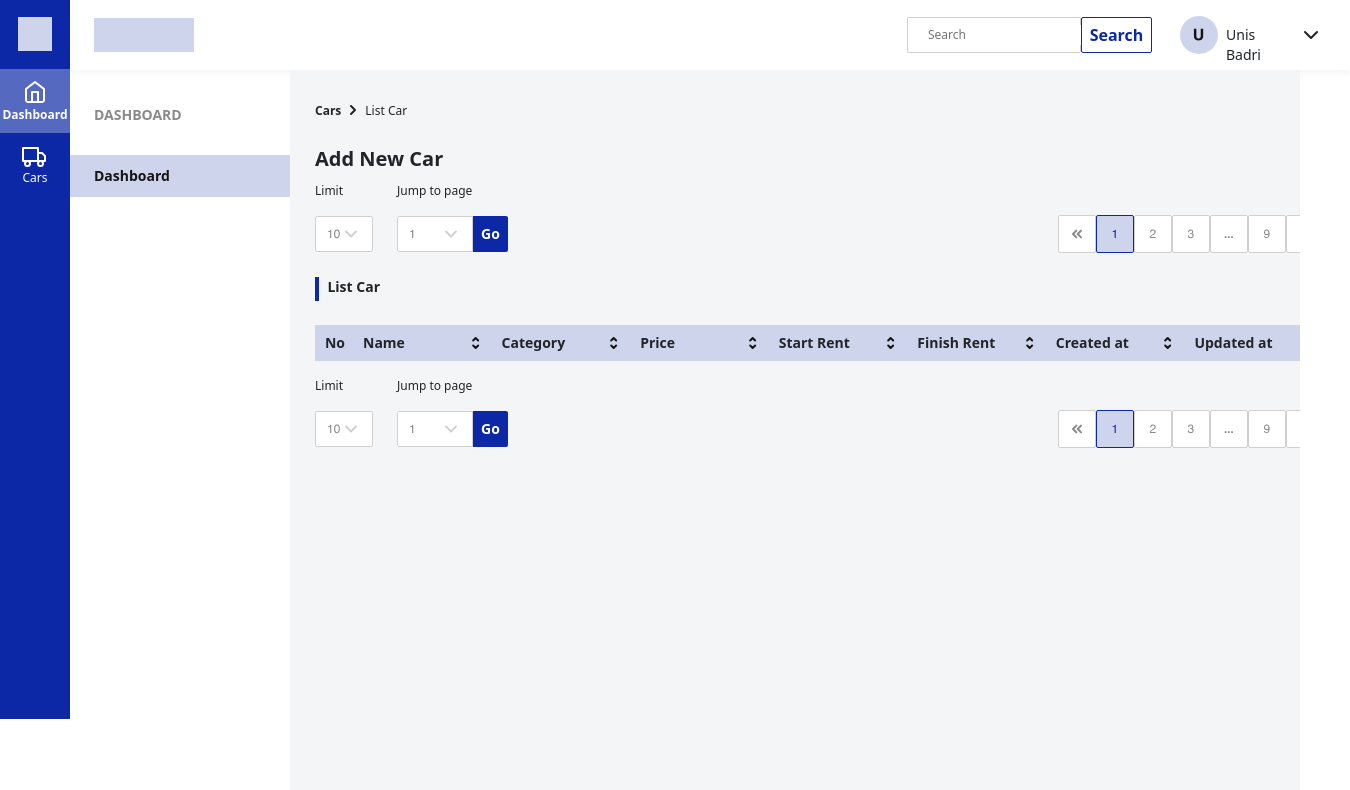
Repository: farrelmuhammad/challenge-7-binar
Page: /carlist/add
These files come from the project's save history. The page is drawn as it stood at one moment and after the next save; the edit follows.
The browser window is 1280 px wide. The page is 1350 px wide, so the pictures cover 1350 px, including what lies to the right of the window. The pictures show the whole page.
The project was rebuilt for these pictures with package versions that can differ from the ones it lists, and the page was loaded fresh each time. Also part of the build but not shown: src/component/navbar.js, src/component/header.js, src/component/footer.js, src/App.js, src/component/admin/Dashboard/index.jsx, src/pages/admin/Dashboard.js, src/component/admin/Cars/index.jsx, src/pages/admin/CarsList.js and 2 more.

Above is the page before, as saved 2022-05-27 21:00:16.

### src/index.css
body {
  font-family: Helvetica Neue, Helvetica, Arial, sans-serif;
  font-style: normal;
  font-weight: normal;
  font-size: 14px;
  line-height: 20px;
  margin: 0;
  padding: 0;
}

h1,
h2,
h3,
h4,
h5 {
  line-height: 150%;
}

.header{
  background-color: #F1F3FF;
}

.footer i {
  color: #0D28A6;
  font-size: x-large;
}

.bg-darkblue{
  background-color: #0D28A6;
}

.logo {
  background-color: #0D28A6;
  width: 100px;
  height: 34px;
}

code {
  font-family: source-code-pro, Menlo, Monaco, Consolas, 'Courier New',
    monospace;
}

.card-cari {
  width: 1047px;
  /* height: 106px; */
  margin-top: -50px;
  z-index: 2;
}
.button-cari {
  width: 92px !important;
  margin-top: 30px;
  height: 36px;
}
.activeCari {
  height: 100%;
  width: 0;
  position: fixed;
  z-index: 2;
  top: 0;
  left: 0;
  background-color: rgba(0, 0, 0, 0.5);
  overflow-x: hidden;
  transition: 0.5s;
  padding-top: 34px;
}

### src/pages/admin/AddCar.js
import React from 'react'
import Navbar from '../../component/admin/Navbar'
import AddNewCar from '../../component/admin/Cars/add'

function AddCar() {
  return (
    <>
        <Navbar />
        <AddNewCar />
    </>
  )
}

export default AddCar

### src/component/admin/Navbar.jsx
import { Link } from 'react-router-dom';
import './Navbar.css';

const Navbar = () => {
  return (
    <header>
      {/* navbar top */}
      <div className="nav-top navbar">
        <div className="logo"></div>
        <span
          className="icon-menu iconify"
          data-icon="charm:menu-hamburger"
          data-width="24"
        ></span>
        <form className="nav-search d-flex">
          <div className="box-search">
            <span
              className="iconify"
              data-icon="akar-icons:search"
              data-width="18"
            ></span>
            <input type="search" placeholder="Search" />
          </div>
          <button className="button-search" type="submit">
            Search
          </button>
        </form>
        <div className="profile">
          <img src="img/profile.svg" alt="profile" />
          <p>Unis Badri</p>
          <img className="dropdown" src="img/dropdown.svg" alt="dropdown" />
        </div>
      </div>

      {/* navbar side */}
      <div className="nav-side">
        <div className="nav-blue">
          <div className="square"></div>
          <div className="frame-menu">
            <div className="dash-img" id="active">
              <a href="/dashboard">
                <img src="/img/dashboard.svg" alt="dashboard" />
              </a>
              <a href="/dashboard">Dashboard</a>
            </div>
            <div className="dash-img">
              <Link to="/carlist">
              <a>
                <img src="/img/cars.svg" alt="cars" />
                Cars
              </a>
              </Link>
            </div>
          </div>
        </div>
        <div className="nav-white">
          <div className="title-menu">
            <h1>DASHBOARD</h1>
          </div>
          <div className="list-menu">
            <h1>Dashboard</h1>
          </div>
        </div>
      </div>
    </header>
  );
};

export default Navbar;

### src/component/admin/Cars/add/index.jsx
import React from 'react'
import { Link } from 'react-router-dom'

export const AddCar = () => {
  return (
    <>
            <div className="content">
                <div className="breadcrumb">
                <h1>Cars</h1>
                <img src="../img/arrow-right.svg" alt="arrow-right" />
                <p>List Car</p>
                </div>
                <div className="col">
                    <h1 className="title-h1">Add New Car</h1>
                </div>



                {/* order table */}
                <div className="container-input">

                </div>

                {/* table navigation */}
                <div className="table-nav">
                <div className="limit-nav">
                    <p>Limit</p>
                    <img src="../img/form-drop.svg" alt="form-drop" />
                </div>
                <div className="jump-nav">
                    <p>Jump to page</p>
                    <img src="../img/form-drop-2.svg" alt="form-drop-2" />
                </div>
                <div className="go-nav">
                    <h1>Go</h1>
                </div>
                <div className="page-number">
                    <img src="../img/page-number.svg" alt="page-number" />
                </div>
                </div>

                <div className="list-car">
                <img src="../img/line-blue.svg" alt="" />
                <h1>List Car</h1>
                </div>
                {/* car table */}
                <div className="list-table">
                <table className="table table-borderless">
                    <thead>
                    <tr>
                        <th style={{ textAlign: "center" }}>No</th>
                        <th>
                        Name
                        <img className="sort" src="img/sort.svg" alt="sort" />
                        </th>
                        <th>
                        Category
                        <img className="sort" src="img/sort.svg" alt="sort" />
                        </th>
                        <th>
                        Price
                        <img className="sort" src="img/sort.svg" alt="sort" />
                        </th>
                        <th>
                        Start Rent
                        <img className="sort" src="img/sort.svg" alt="sort" />
                        </th>
                        <th>
                        Finish Rent
                        <img className="sort" src="img/sort.svg" alt="sort" />
                        </th>
                        <th>
                        Created at
                        <img className="sort" src="img/sort.svg" alt="sort" />
                        </th>
                        <th>
                        Updated at
                        <img className="sort" src="img/sort.svg" alt="sort" />
                        </th>
                    </tr>
                    </thead>
                    <tbody>
                    {/* {dataCarAdmin?.map((car, i) => (
                        <>
                        <tr>
                            <td key={car.id} style={{ textAlign: "center" }}>
                            {i + 1}
                            </td>
                            <td>{car.name}</td>
                            <td>{car.category}</td>
                            <td>{car.price}</td>
                            <td>{car.start_rent_at}</td>
                            <td>{car.finish_rent_at}</td>
                            <td>{car.createdAt}</td>
                            <td>{car.updatedAt}</td>
                        </tr>
                        </>
                    ))} */}
                    </tbody>
                </table>
                </div>

                {/* table navigation */}
                <div className="table-nav">
                <div className="limit-nav">
                    <p>Limit</p>
                    <img src="img/form-drop.svg" alt="form-drop" />
                </div>
                <div className="jump-nav">
                    <p>Jump to page</p>
                    <img src="img/form-drop-2.svg" alt="form-drop-2" />
                </div>
                <div className="go-nav">
                    <h1>Go</h1>
                </div>
                <div className="page-number">
                    <img src="img/page-number.svg" alt="page-number" />
                </div>
                </div>
            </div>
            </>
  )
}

export default AddCar

### src/component/admin/Navbar.css
h1 {
    font-size: 14px;
    line-height: 20px;
}

header .nav-top {
    position: absolute;
    width: 1280px;
    height: 70px;
    left: 70px;
    right: 0;
    top: 0px;
    box-shadow: 0px 2px 8px rgba(0, 0, 0, 0.05);
}

header .nav-top .logo {
    position: absolute;
    width: 100px;
    height: 34px;
    left: 24px;
    top: 18px;
    background: #CFD4ED;
}

header .nav-top .icon-menu {
    position: absolute;
    width: 24px;
    height: 24px;
    left: 244px;
    top: 23px;
}

header .nav-top .nav-search {
    display: flex;
    flex-direction: row;
    align-items: flex-start;
    padding: 0px;
    position: absolute;
    width: 245px;
    height: 36px;
    left: 837px;
    top: 17px;
}

header .nav-top .nav-search .box-search {
    display: flex;
    flex-direction: row;
    align-items: center;
    padding-left: 12px;
    width: 174px;
    height: 36px;
    border: 1px solid #D0D0D0;
    border-radius: 2px;
    font-size: 12px;
    line-height: 18px;
    color: #8A8A8A;
}

header .nav-top .nav-search .box-search > input {
    border: none;
    outline: none;
    padding-left: 8px;
}

header .nav-top .nav-search .button-search {
    display: flex;
    flex-direction: row;
    justify-content: center;
    align-items: center;
    padding: 8px 12px;
    width: 71px;
    height: 36px;
    background-color: white;
    border: 1px solid #0D28A6;
    border-radius: 2px;
    font-weight: 700;
    color:#0D28A6;
}

header .nav-top .profile {
    display: flex;
    flex-direction: row;
    align-items: center;
    position: absolute;
    width: 143px;
    height: 38px;
    left: 1110px;
    right: 24px;
    top: 16px;
}

header .nav-top .profile > p {
    position: absolute;
    width: 65px;
    height: 20px;
    left: 46px;
    top: 9px;
    font-weight: 400;
    font-size: 14px;
    line-height: 20px;
}

header .nav-top .profile .dropdown {
    position: absolute;
    width: 24px;
    height: 24px;
    left: 119px;
    top: 7px;
}

header .nav-side {
    position: absolute;
    width: 290px;
    height: 100%;
    left: 0px;
    top: -1px;
}

header .nav-side .nav-blue {
    position: absolute;
    left: 0%;
    right: 75.86%;
    top: 0%;
    bottom: 0%;
    background: #0D28A6;
}

header .nav-side .nav-blue .square {
    position: absolute;
    width: 34px;
    height: 34px;
    left: 18px;
    top: 18px;
    background: #CFD4ED;
}

header .nav-side .nav-blue .frame-menu {
    display: flex;
    flex-direction: column;
    align-items: flex-start;
    padding: 0px;
    position: absolute;
    width: 70px;
    height: 128px;
    left: 0px;
    top: 70px;
}

header .nav-side .nav-blue .frame-menu .dash-img {
    display: flex;
    flex-direction: column;
    justify-content: center;
    align-items: center;
    padding: 20px 23px;
    position: static;
    width: 70px;
    height: 64px;
    left: 0px;
    top: 0px;
}

#active {
    font-weight: 700;
    background: rgba(255, 255, 255, 0.3);
}

header .nav-side .nav-blue .frame-menu .dash-img a {
    font-size: 12px;
    line-height: 18px;
    margin-top: 2px;
    text-decoration: none;
    color: white;
}

header .nav-side .nav-blue img:last-child {
    margin-top: 0;
}

header .nav-side .nav-white {
    position: absolute;
    left: 24.14%;
    right: 0%;
    top: 7.76%;
    bottom: 0.22%;
}

header .nav-side .nav-white .title-menu {
    position: absolute;
    width: 220px;
    height: 42px;
    left: 24px;
    top: 50px;
}

header .title-menu h1 {
    font-weight: 700;
    color: #8A8A8A;
    left: 24px;
}

header .nav-side .nav-white .list-menu {
    position: static;
    margin-top: 100px;
    width: 220px;
    height: 42px;
    padding: 11px 24px;
    background: #CFD4ED;
}

header .list-menu h1 {
    font-weight: 700;
    color: #151515;
    left: 24px;
}

### src/component/admin/Dashboard/Content.css
.content {
    position: absolute;
    overflow: auto;
    left: 290px;
    top: 70px;
    /* width: 1280px; */
    height: 100%;
    background: #F4F5F7;
    font-size: 14px;
    line-height: 20px;
}

.content .breadcrumb {
    position: absolute;
    width: 300px;
    height: 18px;
    left: 25px;
    top: 32px;
}

.content .breadcrumb > h1 {
    font-size: 12px;
    line-height: 18px;
    font-weight: 700;
}

.content .breadcrumb > p {
    font-size: 12px;
    line-height: 18px;
    font-weight: 300;
}

.content .breadcrumb > img {
    width: 16px;
    height: 16px;
    margin-left: 4px;
    margin-right: 4px;
}

.content .title-h1 {
    font-size: 20px;
    line-height: 30px;
    font-weight: 700;
    margin-left: 25px;
    margin-top:74px;
}

.content .list-order {
    margin-top: 24px;
    position: absolute;
    width: 79px;
    height: 24px;
    margin-left: 25px;
}

.content .list-order > img {
    width: 4px;
    height: 24px;
}

.content .list-order > h1 {
    float: right;
    font-weight: 700;
    margin-left: 8px;
}

.content .list-table table {
    margin-left: 25px;
    margin-top: 72px;
    width: 100%;
    table-layout: fixed;
    background-color: white;
    border: 1px solid none;
    border-radius: 2px;
}

.content .list-table table thead {
    background-color: rgba(207, 212, 237, 1);
    font-weight: 700;
}

.content .list-table table thead th:first-child {
    width: 40px;
}

.content .list-table table thead th > img {
    float: right;
}

.content .table-nav {
    display: flex;
    flex-direction: row;
    width: 1010px;
    font-size: 12px;
    line-height: 18px;
    font-weight: 300;
}

.content .table-nav .limit-nav{
    margin-left: 25px;
}

.content .table-nav .limit-nav p {
    font-size: 12px;
    line-height: 18px;
}

.content .table-nav .jump-nav {
    margin-left: 24px;
}

.content .table-nav .jump-nav p {
    font-size: 12px;
    line-height: 18px;
}

.content .table-nav .go-nav {
    width: 43px;
    height: 36px;
    margin-top: 34px;
    background: #0D28A6;
    border-radius: 0px 2px 2px 0px;
}

.content .table-nav .go-nav > h1 {
    text-align: center;
    font-weight: bold;
    color: white;
    padding: 8px 8px;
}

.content .table-nav .page-number {
    margin-top: 33px;
    margin-left: 550px;
}

.content .list-car {
    margin-top: 24px;
    position: absolute;
    width: 65px;
    height: 24px;
    margin-left: 25px;
}

.content .list-car > img {
    width: 4px;
    height: 24px;
}

.content .list-car > h1 {
    float: right;
    font-weight: 700;
    margin-left: 8px;
}

.content .title-button-car {
    display: inline-flex;
}

.content .title-button-car > h1 {
    margin-right: 800px;
}

.content .title-button-car > a img {
    margin-top: 74px;
}

.content .button-category {
    margin-top: 24px;
    margin-left: 8px;
    display: inline-flex;
}

.content .button-category img {
    margin-left: 16px;
}

.content .cars-card {
    width: 320px;
    height: 482px;
    margin-left: 25px;
    margin-top: 24px;
    box-shadow: 0px 0px 4px rgba(0, 0, 0, 0.15);
    border-radius: 8px;
}

.content .cars-card .card-img-top {
    width: 270px;
    height: 160px;
    margin: auto;
    margin-top: 55px;
}

.content .cars-card .card-body {
    padding: 24px;
}

.content .cars-card .card-body .bold-h1 {
    font-weight: 700;
    font-size: 16px;
    line-height: 24px;
    margin-bottom: 0;
}

.content .cars-card .card-body-text {
    display: inline-flex;
    width: 303px;
    height: 20px;
    margin-top: 16px;
}

.content .cars-card .card-body-text img {
    margin-right: 8px;
    width: 20px;
    height: 20px;
}

.content .cars-card .button-card {
    display: inline-flex;
    margin-left: 8px;
    margin-top: 24px;
}

.content .cars-card .button-card img {
    width: 120px;
}

.content .cars-card .button-card img:last-child {
    margin-left: 16px;
}

.content .form-add-new-car {
    width: 1010px;
    height: 350px;
    background: white;
    margin-top: 32px;
    margin-left: 25px;
}

.content .form-add-new-car .content-form {
    padding-top: 16px;
    padding-left: 25px;
    font-weight: 300;
    font-size: 12px;
    line-height: 18px;
}

.content .form-add-new-car .content-form label {
    width: 147px;
}

.content .form-add-new-car .content-form input {
    width: 339px;
    height:auto;
    border: 1px solid #D0D0D0;
    border-radius: 2px;
    color: #8A8A8A;
    font-weight: 300;
    font-size: 12px;
    line-height: 18px;
}

.content .form-add-new-car .content-form .content-box {
    margin-left: 4px;
}

.content .form-add-new-car .content-h1 h1 {
    display: inline-flex;
    margin-left: 25px;
    margin-top: 16px;
    font-weight: 300;
    font-size: 12px;
    line-height: 18px;
}

.content .form-add-new-car .content-h1 h1:first-child {
    width: 147px;
}

.content .form-add-new-car .content-h1 h1:last-child {
    margin-left: 8px;
}

.content .button-form {
    display: inline-flex;
    margin-left: 9px;
}

.content .button-form img {
    margin-left: 16px;
    margin-top: 282px;
    margin-bottom: 40px;
}

### src/component/admin/Cars/Content.css
.content {
    position: absolute;
    overflow: auto;
    left: 290px;
    top: 70px;
    /* width: 1280px; */
    height: 100%;
    background: #F4F5F7;
    font-size: 14px;
    line-height: 20px;
}

.content .breadcrumb {
    position: absolute;
    width: 300px;
    height: 18px;
    left: 25px;
    top: 32px;
}

.content .breadcrumb > h1 {
    font-size: 12px;
    line-height: 18px;
    font-weight: 700;
}

.content .breadcrumb > p {
    font-size: 12px;
    line-height: 18px;
    font-weight: 300;
}

.content .breadcrumb > img {
    width: 16px;
    height: 16px;
    margin-left: 4px;
    margin-right: 4px;
}

.content .title-h1 {
    font-size: 20px;
    line-height: 30px;
    font-weight: 700;
    margin-left: 25px;
    margin-top:74px;
}

.content .list-order {
    margin-top: 24px;
    position: absolute;
    width: 79px;
    height: 24px;
    margin-left: 25px;
}

.content .list-order > img {
    width: 4px;
    height: 24px;
}

.content .list-order > h1 {
    float: right;
    font-weight: 700;
    margin-left: 8px;
}

.content .list-table table {
    margin-left: 25px;
    margin-top: 72px;
    width: 100%;
    table-layout: fixed;
    background-color: white;
    border: 1px solid none;
    border-radius: 2px;
}

.content .list-table table thead {
    background-color: rgba(207, 212, 237, 1);
    font-weight: 700;
}

.content .list-table table thead th:first-child {
    width: 40px;
}

.content .list-table table thead th > img {
    float: right;
}

.content .table-nav {
    display: flex;
    flex-direction: row;
    width: 1010px;
    font-size: 12px;
    line-height: 18px;
    font-weight: 300;
}

.content .table-nav .limit-nav{
    margin-left: 25px;
}

.content .table-nav .limit-nav p {
    font-size: 12px;
    line-height: 18px;
}

.content .table-nav .jump-nav {
    margin-left: 24px;
}

.content .table-nav .jump-nav p {
    font-size: 12px;
    line-height: 18px;
}

.content .table-nav .go-nav {
    width: 43px;
    height: 36px;
    margin-top: 34px;
    background: #0D28A6;
    border-radius: 0px 2px 2px 0px;
}

.content .table-nav .go-nav > h1 {
    text-align: center;
    font-weight: bold;
    color: white;
    padding: 8px 8px;
}

.content .table-nav .page-number {
    margin-top: 33px;
    margin-left: 550px;
}

.content .list-car {
    margin-top: 24px;
    position: absolute;
    width: 65px;
    height: 24px;
    margin-left: 25px;
}

.content .list-car > img {
    width: 4px;
    height: 24px;
}

.content .list-car > h1 {
    float: right;
    font-weight: 700;
    margin-left: 8px;
}

.content .title-button-car {
    display: inline-flex;
}

.content .title-button-car > h1 {
    margin-right: 800px;
}

.content .title-button-car > a img {
    margin-top: 74px;
}

.content .button-category {
    margin-top: 24px;
    margin-left: 8px;
    display: inline-flex;
}

.content .button-category img {
    margin-left: 16px;
}

.content .cars-card {
    width: 320px;
    height: 482px;
    margin-left: 25px;
    margin-top: 24px;
    box-shadow: 0px 0px 4px rgba(0, 0, 0, 0.15);
    border-radius: 8px;
}

.content .cars-card .card-img-top {
    width: 270px;
    height: 160px;
    margin: auto;
    margin-top: 55px;
}

.content .cars-card .card-body {
    padding: 24px;
}

.content .cars-card .card-body .bold-h1 {
    font-weight: 700;
    font-size: 16px;
    line-height: 24px;
    margin-bottom: 0;
}

.content .cars-card .card-body-text {
    display: inline-flex;
    width: 303px;
    height: 20px;
    margin-top: 16px;
}

.content .cars-card .card-body-text img {
    margin-right: 8px;
    width: 20px;
    height: 20px;
}

.content .cars-card .button-card {
    display: inline-flex;
    margin-left: 8px;
    margin-top: 24px;
}

.content .cars-card .button-card img {
    width: 120px;
}

.content .cars-card .button-card img:last-child {
    margin-left: 16px;
}

.content .form-add-new-car {
    width: 1010px;
    height: 350px;
    background: white;
    margin-top: 32px;
    margin-left: 25px;
}

.content .form-add-new-car .content-form {
    padding-top: 16px;
    padding-left: 25px;
    font-weight: 300;
    font-size: 12px;
    line-height: 18px;
}

.content .form-add-new-car .content-form label {
    width: 147px;
}

.content .form-add-new-car .content-form input {
    width: 339px;
    height:auto;
    border: 1px solid #D0D0D0;
    border-radius: 2px;
    color: #8A8A8A;
    font-weight: 300;
    font-size: 12px;
    line-height: 18px;
}

.content .form-add-new-car .content-form .content-box {
    margin-left: 4px;
}

.content .form-add-new-car .content-h1 h1 {
    display: inline-flex;
    margin-left: 25px;
    margin-top: 16px;
    font-weight: 300;
    font-size: 12px;
    line-height: 18px;
}

.content .form-add-new-car .content-h1 h1:first-child {
    width: 147px;
}

.content .form-add-new-car .content-h1 h1:last-child {
    margin-left: 8px;
}

.content .button-form {
    display: inline-flex;
    margin-left: 9px;
}

.content .button-form img {
    margin-left: 16px;
    margin-top: 282px;
    margin-bottom: 40px;
}

.container-car {
    display: grid;
    grid-template-columns: repeat(3, 1fr);
}

.card {
    display: flex;
    flex-direction: column;
    align-items: flex-start;
    padding: 24px;
    gap: 24px;

    background: #FFFFFF;
    /* Shadow/Low */

    box-shadow: 0px 0px 4px rgba(0, 0, 0, 0.15);
    border-radius: 8px;
    margin: 20px;
    padding: 1em;
}

.image img{
    width: 100%;
    height: 200px;
    object-fit: cover;
}

.img-placeholder {
    width: 100%;
    height: 200px;
    background-color: #ebebeb;
}

.info {
    padding: 1em 0;
}

.price {
    font-weight: bold;
}

.info ul li {
    list-style-type: none;
}

Loaded but not shown: public/index.html (common file); src/app/store.js (common file); src/reportWebVitals.js (common file); src/features/counter/counterAPI.js (common file); src/features/counter/counterSlice.js (73 lines, source omitted); src/Routes.js (25 lines, source omitted); src/index.js (26 lines, source omitted)

After the next save:
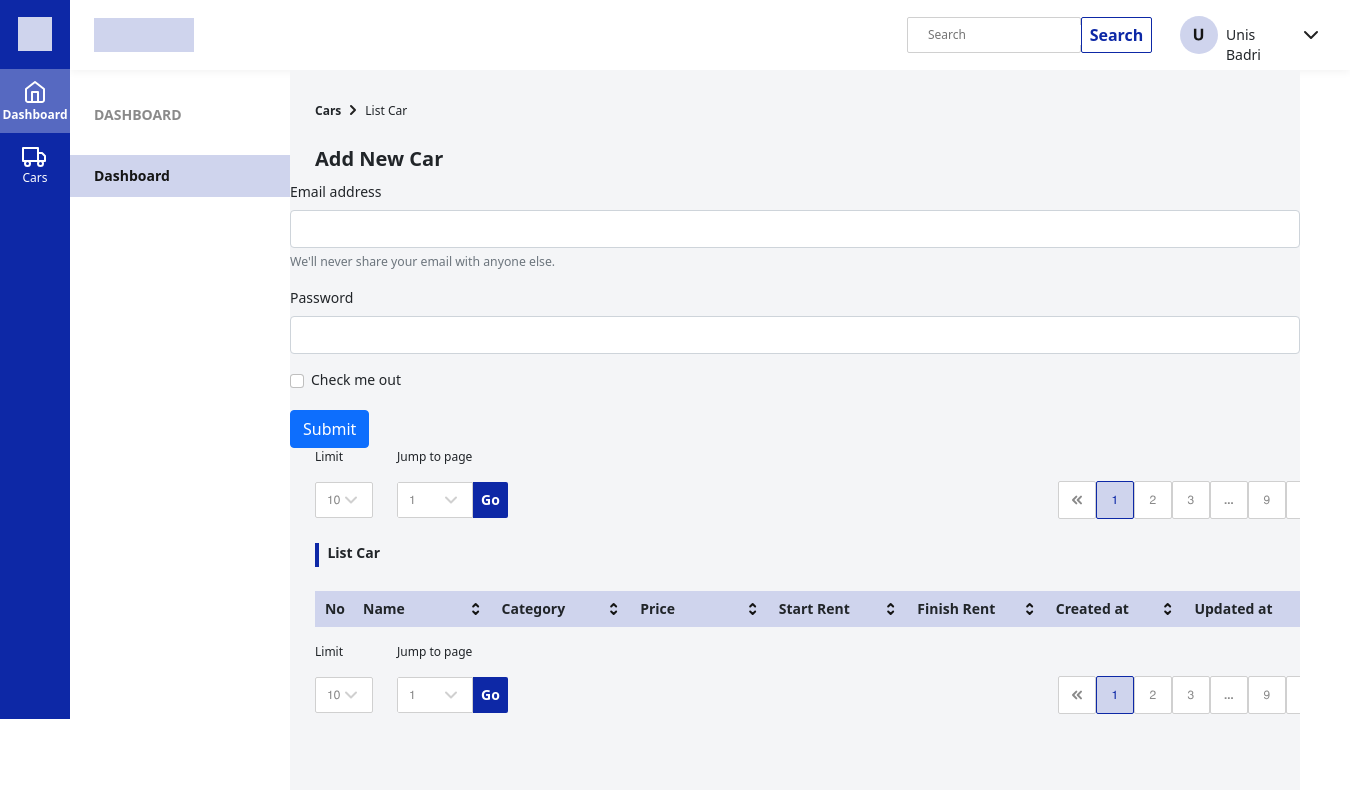
Saved 61 s later.
--- a/src/component/admin/Cars/add/index.jsx
+++ b/src/component/admin/Cars/add/index.jsx
@@ -16,10 +16,22 @@ export const AddCar = () => {
 
 
 
-                {/* order table */}
-                <div className="container-input">
-
-                </div>
+                <form>
+  <div class="mb-3">
+    <label for="exampleInputEmail1" class="form-label">Email address</label>
+    <input type="email" class="form-control" id="exampleInputEmail1" aria-describedby="emailHelp"/>
+    <div id="emailHelp" class="form-text">We'll never share your email with anyone else.</div>
+  </div>
+  <div class="mb-3">
+    <label for="exampleInputPassword1" class="form-label">Password</label>
+    <input type="password" class="form-control" id="exampleInputPassword1"/>
+  </div>
+  <div class="mb-3 form-check">
+    <input type="checkbox" class="form-check-input" id="exampleCheck1"/>
+    <label class="form-check-label" for="exampleCheck1">Check me out</label>
+  </div>
+  <button type="submit" class="btn btn-primary">Submit</button>
+</form>
 
                 {/* table navigation */}
                 <div className="table-nav">
